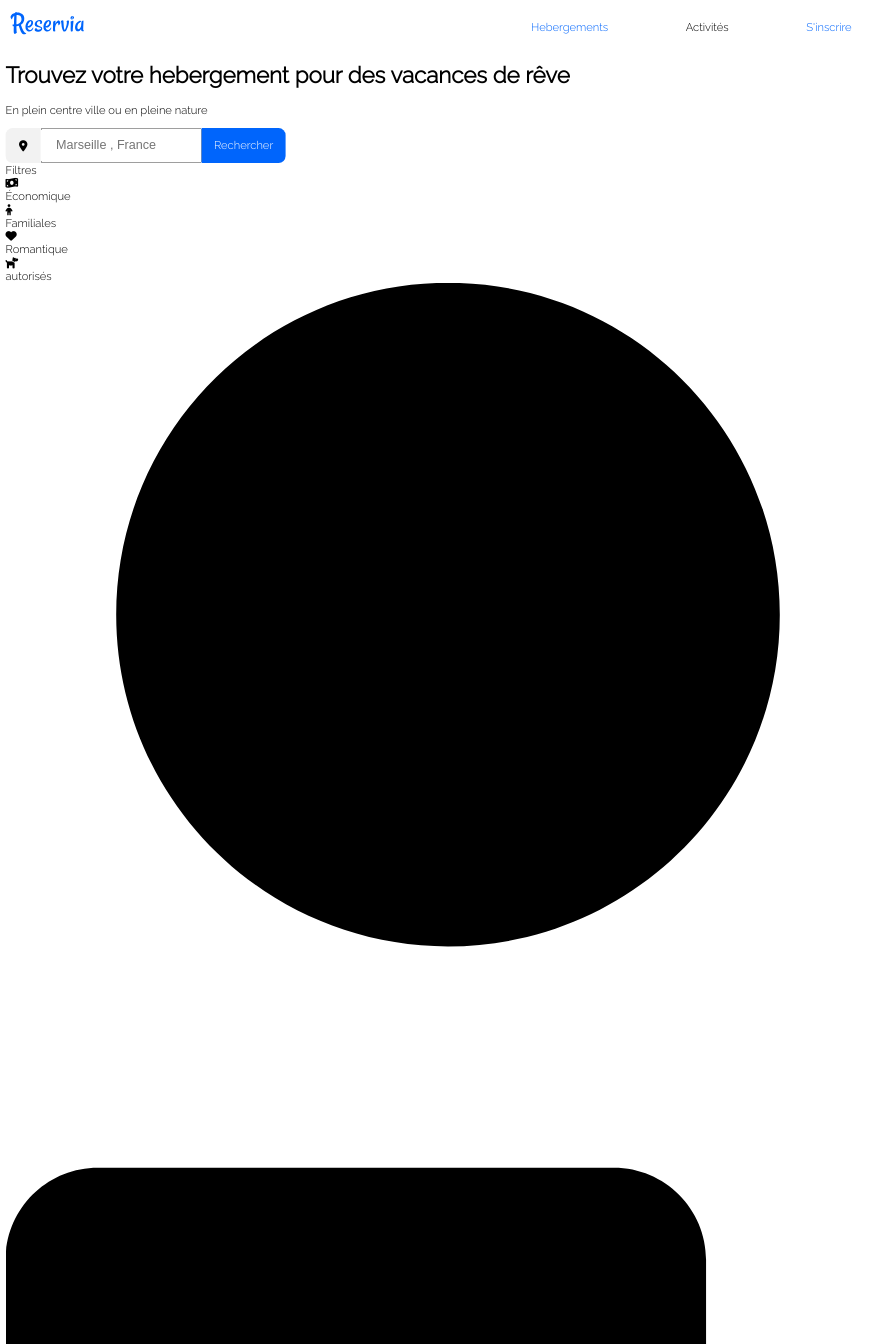
Repository: jaydeeonghub/DYLANBARBARISI_2_16062021
Page: index.html
An editor plug-in stored every save of this project. The page is shown before and after the next save, followed by the edit.
The browser window is 1280 px wide. The pictures show the part of the page from y = 0 to 1920 px (the page is 61289 px tall), at 70% of full size.
Some web libraries are served in a nearby version.

Above is the page before, as saved 2021-07-07 14:18:34.

After the next save:
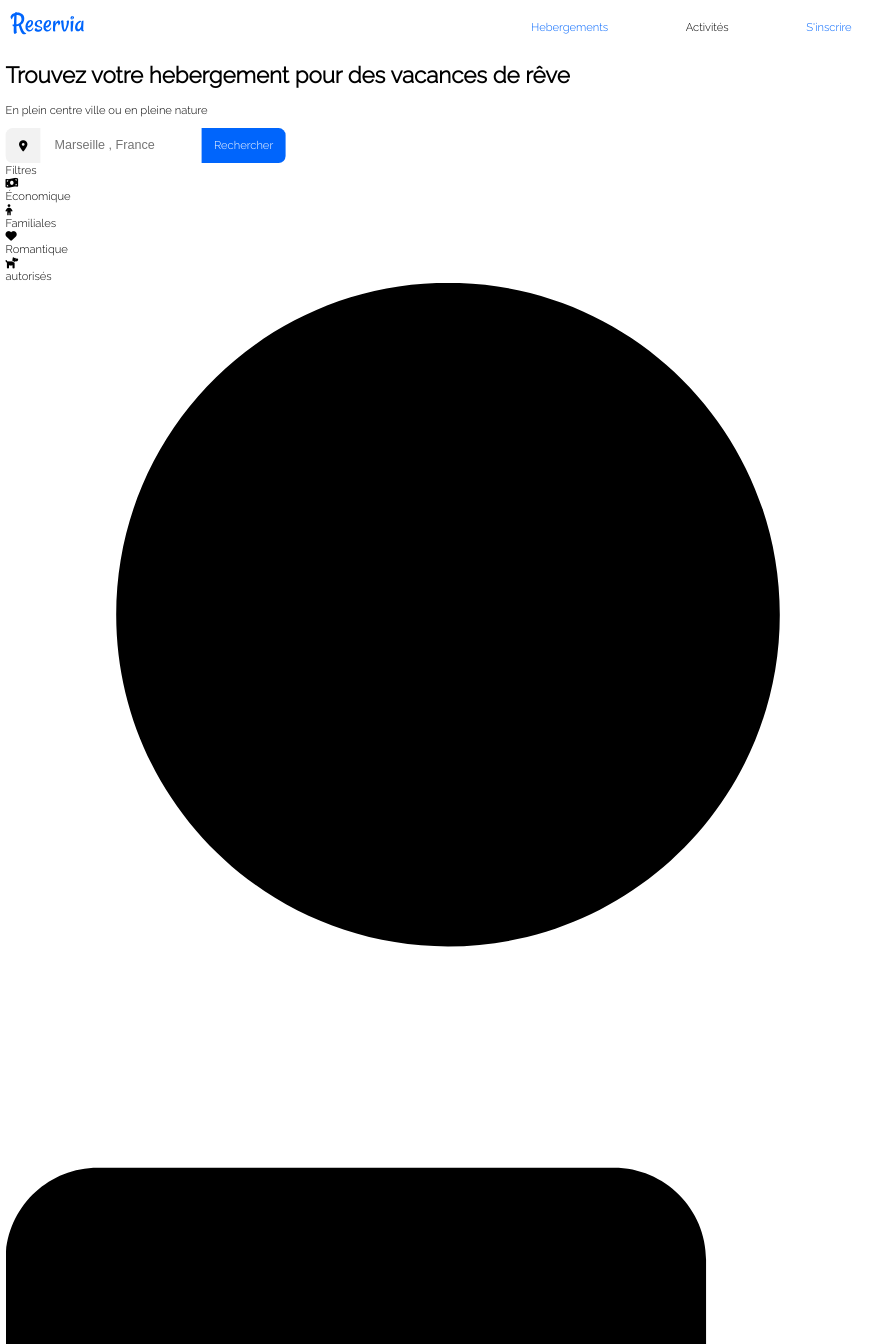
Saved 3 min 29 s later.
--- a/Assets/Style/Styles.css
+++ b/Assets/Style/Styles.css
@@ -116,3 +116,6 @@
     border-radius: 30px;
     margin-right: 20px;
 }
+.bordureNone {
+    border-style: none
+}
